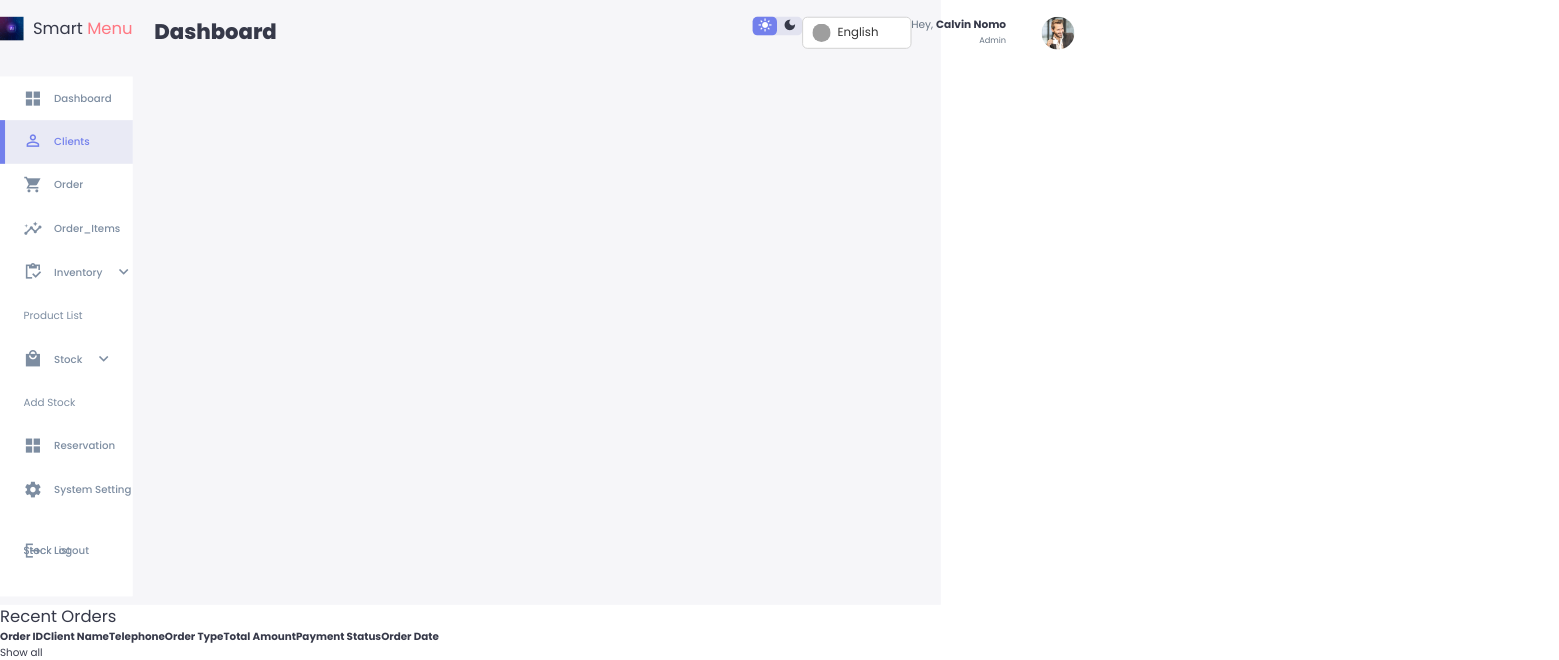
Repository: Calvin-Nomo/Hash-code
Page: product_list.html
These files come from the project's save history. The page is drawn as it stood at one moment and after the next save; the edit follows.
The browser window is 1280 px wide. The page is 1856 px wide, so the pictures cover 1856 px, including what lies to the right of the window. The pictures show the whole page, at 84% of full size.
Pictures or frames that could not be fetched are drawn as grey boxes. The page's requests for data from a server got no answer.

Above is the page before, as saved 2025-10-09 09:16:30.

### product_list.html
<!DOCTYPE html>
<html lang="en">
<head>
    <meta charset="UTF-8">
    <meta name="viewport" content="width=device-width, initial-scale=1.0">
    <title>Document</title>
    <link
      href="https://fonts.googleapis.com/icon?family=Material+Icons+Sharp"
      rel="stylesheet"
    />
    <link rel="preconnect" href="https://fonts.googleapis.com" />
    <link rel="preconnect" href="https://fonts.gstatic.com" crossorigin />
    <link
      href="https://fonts.googleapis.com/css2?family=Outfit:wght@100..900&family=Poppins:ital,wght@0,100;0,200;0,300;0,400;0,500;0,600;0,700;0,800;0,900;1,100;1,200;1,300;1,400;1,500;1,600;1,700;1,800;1,900&display=swap"
      rel="stylesheet"
    />
    <link
      href="https://cdn.jsdelivr.net/npm/daisyui@5/themes.css"
      rel="stylesheet"
      type="text/css"
    />
    <link rel="stylesheet" href="css/index.css" />
    <link href="image/image1.jpg" rel="icon" />
</head>
<body>
    <div class="container">
      <!-- ################SIDE BAR #################-->
      <aside>
        <div class="top">
          <div class="logo">
            <img src="image/image1.jpg" alt="logo" />
            <h2>Smart <span class="danger">Menu</span></h2>
          </div>
          <div class="close" id="close-btn">
            <span class="material-icons-sharp"> close </span>
          </div>
        </div>

        <div class="sidebar">
          <a href="#">
            <span class="material-icons-sharp"> grid_view </span>
            <h3>Dashboard</h3>
          </a>

          <a href="#" class="active">
            <span class="material-icons-sharp"> person_outline </span>
            <h3>Clients</h3>
          </a>

          <a href="#">
            <span class="material-icons-sharp"> shopping_cart </span>
            <h3>Order</h3>
          </a>

          <a href="#">
            <span class="material-icons-sharp"> insights </span>
            <h3>Order_Items</h3>
          </a>

          <!-- Dropdown for Product -->
          <div class="dropdown">
            <a href="#" class="dropdown-toggle">
              <span class="material-icons-sharp"> inventory </span>
              <h3>Inventory</h3>
              <span class="material-icons-sharp arrow">expand_more</span>
            </a>
            <div class="dropdown-menu">
              <a href="#">Product List</a>
              <a href="#">Stock</a>
            </div>
          </div>

          <!-- Dropdown for Stock -->
          <div class="dropdown">
            <a href="#" class="dropdown-toggle">
              <span class="material-icons-sharp"> local_mall </span>
              <h3>Stock</h3>
              <span class="material-icons-sharp arrow">expand_more</span>
            </a>
            <div class="dropdown-menu">
              <a href="#">Add Stock</a>
              <a href="#">Stock List</a>
            </div>
          </div>

          <a href="#">
            <span class="material-icons-sharp"> grid_view </span>
            <h3>Reservation</h3>
          </a>

          <a href="#">
            <span class="material-icons-sharp"> settings </span>
            <h3>System Setting</h3>
          </a>

          <a href="#">
            <span class="material-icons-sharp"> logout </span>
            <h3>Logout</h3>
          </a>
        </div>
      </aside>

      <!-- ################END OF SIDE BAR #################-->
      <main>
        <h1>Dashboard</h1>

          <!-- END OF INCOME -->
        </div>
        <!-- END OF INSIGHT -->
        <div class="recent-orders">
          <h2>Recent Orders</h2>
          <table id="order-table">
            <thead>
              <tr>
                <th>Order ID</th>
                <th>Client Name</th>
                <th>Telephone</th>
                <th>Order Type</th>
                <th>Total Amount</th>
                <th>Payment Status</th>
                <th>Order Date</th>
              </tr>
            </thead>
            <tbody>
              <!--  data will be filled here! -->
            </tbody>
          </table>
          <a href="#">Show all</a>
        </div>
      </main>
      <!-- End of the Recent Orders -->
      <div class="right">
        <div class="top">
          <button id="menu-btn">
            <span class="material-icons-sharp">menu </span>
          </button>
          <div class="theme-toggler">
            <span class="material-icons-sharp active">light_mode</span>
            <span class="material-icons-sharp">dark_mode</span>
          </div>
          <div class="lang-menu">
            <div class="selected-language">
              <img src="https://flagsapi.com/US/flat/32.png" alt="" />
              English
              <i class="arrow down"></i>
            </div>

            <ul class="lang-options">
              <li>
                <a
                  href="#"
                  class="en"
                  data-flag="https://flagsapi.com/US/flat/32.png"
                  >English</a
                >
              </li>
              <li>
                <a
                  href="#"
                  class="fr"
                  data-flag="https://flagsapi.com/FR/flat/32.png"
                  >French</a
                >
              </li>
              <li>
                <a
                  href="#"
                  class="cn"
                  data-flag="https://flagsapi.com/CN/flat/32.png"
                  >Chinese</a
                >
              </li>
              <li>
                <a
                  href="#"
                  class="jp"
                  data-flag="https://flagsapi.com/JP/flat/32.png"
                  >Japanese</a
                >
              </li>
            </ul>
          </div>

          <div class="profile">
            <div class="info">
              <p>Hey, <b>Calvin Nomo</b></p>
              <small class="text-muted">Admin</small>
            </div>
            <div class="profile-photo">
              <img src="image/person_1.jpg" alt="" />
            </div>
          </div>
        </div>
      </div>
      <!-- \\\\\\\\\\\\\\\END OF MAIN\\\\\\\\\\\\\\\\\\\\\\\ -->
    </div>
  </body>
  <script src="js/index.js"></script>

  <script src="https://cdn.jsdelivr.net/npm/@tailwindcss/browser@4"></script>

</body>
</html>

### css/index.css
@import url("https://fonts.googleapis.com/css2?family=Outfit:wght@100..900&family=Poppins:ital,wght@0,100;0,200;0,300;0,400;0,500;0,600;0,700;0,800;0,900;1,100;1,200;1,300;1,400;1,500;1,600;1,700;1,800;1,900&display=swap");
:root {
  --color-primary: #7380ec;
  --color-white: #fff;
  --color-black: #000000;

  --color-light: rgba(132, 139, 200, 0.18);

  --color-dark: #363949;

  --color-dark-variant: #677483;

  --color-info-dark: #7d8da1;

  --color-primary-variant: #111e88;

  --color-info-light: #dce1eb;

  --color-danger: #ff7782;

  --color-success: #41f1b6;

  --color-warning: #ffbb55;

  --color-background: #f6f6f9;

  --font-family-primary: "Poppins", sans-serif;
  --card-border-radius: 2rem;
  --border-radius-1: 0.4rem;
  --border-radius-2: 0.8rem;
  --border-radius-3: 1.2rem;
  --card-padding: 1.8rem;
  --padding-1: 1.2rem;
  --box-shadow: 0 2rem 3rem var(--color-light);
}
.dark-theme-variables {
  /* the  --color-dark-variant manages the 81%,62% background etc... */
  --color-dark-variant: #a3bdcc;
  /*  manages the main background */
  --color-background: #181a1e;
  /*  manages the nabvar,the grid-template-columns */
  --color-white: #202528;
  /* manages the h1,h2,th background etc... */
  --color-dark: #edeffd;

  --color-light: rgba(0, 0, 0, 0.4);
  /* --color-light: #fa3434; */
  /* the  --color-light manages the --box-shadow  of the grid template column,the sidebar,aside,table etc.... */
  --box-shadow: 0 2rem 3rem var(--color-light);
}
* {
  margin: 0;
  padding: 0;
  outline: 0;
  appearance: none;
  border: 0;
  text-decoration: none;
  list-style: none;
  box-sizing: border-box;
}
html {
  font-size: 14px;
}
.container {
  display: flex;
  width: 100%;
  margin: 0, auto;
  gap: 1.8rem;
  grid-template-columns: 14rem auto 23rem;
  background: var(--color-background);
}
body {
  width: 100vw;
  height: 100vh;
  font-family: poppins, sans-serif;
  font-size: 0.88rem;
  user-select: none;
  overflow-x: hidden;
  color: var(--color-dark);
}
a {
  color: var(--color-dark);
}

img {
  display: block;
  width: 100%;
}
h1 {
  font-weight: 800;
  font-size: 1.8rem;
}
h2 {
  font-size: 1.4rem;
}
h3 {
  font-size: 0.87rem;
}
h4 {
  font-size: 0.8rem;
}
h4 {
  font-size: 0.77rem;
}
small {
  font-size: 0.76rem;
}
.profile-photo {
  width: 2.8rem;
  height: 2.8rem;
  border-radius: 50%;
  overflow: hidden;
}
.text-muted {
  color: var(--color-info-dark);
}
p {
  color: var(--color-dark-variant);
}
b {
  color: var(--color-dark);
}
.primary {
  color: var(--color-primary);
}
.danger {
  color: var(--color-danger);
}
.success {
  color: var(--color-success);
}
.waring {
  color: var(--color-warning);
}
aside {
  height: 100vh;
}
aside .top {
  display: flex;
  align-items: center;
  justify-content: space-between;
  margin-top: 1.4rem;
}
aside .logo {
  display: flex;
  gap: 0.8rem;
}
aside .close {
  display: none;
}
aside .logo img {
  width: 2rem;
  height: 2rem;
}
/* #########################################SIDE BAR ################################*/
aside .sidebar {
  background: var(--color-white);
  display: flex;
  flex-direction: column;
  height: 86vh;
  position: relative;
  top: 3rem;
}
aside h3 {
  font-weight: 500;
}
aside .sidebar a {
  display: flex;
  color: var(--color-info-dark);
  margin-left: 2rem;
  gap: 1rem;
  align-items: center;
  position: relative;
  height: 3.7rem;
  transition: all 300ms ease;
}
aside .sidebar a span {
  font-size: 1.6rem;
}
/* for the login */
aside .sidebar a:last-child {
  position: absolute;
  bottom: 2rem;
  width: 100%;
}
/* fin */
aside .sidebar a.active {
  background: var(--color-light);
  color: var(--color-primary);
  margin-left: 0;
}

aside .sidebar a.active::before {
  content: "";
  width: 6px;
  height: 100%;
  background: var(--color-primary);
}
aside .sidebar a.active span {
  color: var(--color-primary);
  margin-left: calc(1rem - 6px);
}
aside .sidebar :hover {
  background: var(--color-light);
  color: var(--color-primary);
  margin-left: 0;
  cursor: pointer;
}

/* ====================MAIN============= */
main {
  margin-top: 1.4rem;
}
main .insight {
  display: grid;
  grid-template-columns: repeat(3, 1fr);
  gap: 1.6rem;
}
main .insight > div {
  background: var(--color-white);
  padding: var(--card-padding);
  border-radius: var(--card-border-radius);
  box-shadow: var(--box-shadow);
  margin-top: 1rem;
  transition: all 300ms ease;
}
main .insight > div:hover {
  box-shadow: none;
}
main .insight > div span {
  background: var(--color-primary);
  padding: 0.5rem;
  border-radius: 50%;
  color: var(--color-white);
  font-size: 2rem;
}
main .insight > div.expenses span {
  background: var(--color-danger);
}
main .insight > div.income span {
  background: var(--color-success);
}
main .insight > div .middle {
  display: flex;
  align-items: center;
  justify-content: space-between;
}
main .insight h3 {
  margin: 1rem 0 0.6rem;
  font-size: 1rem;
}
main .insight .progress {
  position: relative;
  width: 92px;
  height: 92px;
  border-radius: 50%;
}
main .insight svg {
  width: 7rem;
  height: 7rem;
}
main .insight svg circle {
  fill: none;
  stroke: var(--color-primary);
  stroke-width: 14;
  stroke-linecap: round;
  transform: translate(5px, 5px);
  stroke-dasharray: 110;
  stroke-dashoffset: 92;
}
main .insight .expenses svg circle {
  stroke-dashoffset: -30;
  stroke-dasharray: 200;
}
main .insight .sales svg circle {
  stroke-dashoffset: 20;
  stroke-dasharray: 800;
}
main .insight .income svg circle {
  stroke-dashoffset: 35;
  stroke-dasharray: 110;
}
main .insight .progress .number {
  position: absolute;
  top: 50%;
  left: 50%;
  transform: translate(-50%, -50%);
  font-size: 1.4rem;
  font-weight: 600;
  color: var(--color-dark);
}
main .insight small {
  margin-top: 1.3rem;
  display: block;
}
/* ============Recent Order================= */
main .recent-orders {
  margin-top: 2rem;
}
main .recent-orders h2 {
  margin-bottom: 0.8rem;
}

main .recent-orders table {
  background: var(--color-white);
  width: 90%;
  border-radius: var(--card-border-radius);
  padding: var(--card-padding);
  text-align: center;
  box-shadow: var(--box-shadow);
  transition: all 300ms ease;
}
main .recent-orders table:hover {
  box-shadow: none;
}
main table tbody td {
  height: 2.8rem;
  border-bottom: 1px solid var(--color-light);
  color: var(--color-dark-variant);
}
main table tbody tr:last-child td {
  border: none;
}
main .recent-orders a {
  text-align: center;
  display: block;
  margin: 1rem auto;
  color: var(--color-primary);
}

/* Right */

/* a USER Profile */

.right {
  margin-top: 1.4rem;
  position: absolute;
  top: 0;
  left: 70%;
}
.right .top {
width: 960px;
margin: 0 auto ;
display: flex;
}
.right .top button {
  display: none;
}
.right .theme-toggler {
  background: var(--color-light);
  display: flex;
  justify-content: space-between;
  align-items: center;
  height: 1.6rem;
  width: 4.2rem;
  cursor: pointer;
  border-radius: var(--border-radius-1);
}
.right .theme-toggler span {
  font-size: 1.2rem;
  width: 50%;
  height: 100%;
  display: flex;
  align-items: center;
  justify-content: center;
}
.right .theme-toggler span.active {
  background: var(--color-primary);
  color: white;
  border-radius: var(--border-radius-1);
}
.right .top .profile {
  display: flex;
  gap: 2rem;
  text-align: right;
}
/* Start  */
.right .lang-menu {
  position: relative;
  display: inline-block;
  font-family: "Poppins", sans-serif;
  font-size: 14px;
  color: #333;
}

 .right .selected-language {
  background: #fff;
  border: 1px solid #ccc;
  border-radius: 6px;
  padding: 0.5rem 0.8rem;
  display: flex;
  align-items: center;
  gap: 8px;
  cursor: pointer;
  min-width: 130px;
}

.right .selected-language img {
  width: 22px;
  height: 22px;
  border-radius: 50%;
}

.right .lang-options {
  position: absolute;
  top: 120%;
  right: 0;
  background: #fff;
  border: 1px solid #ccc;
  border-radius: 6px;
  list-style: none;
  padding: 0.3rem 0;
  margin: 0;
  display: none;
  box-shadow: 0 4px 10px rgba(0, 0, 0, 0.1);
}

 .right .lang-menu.active .lang-options {
  display: block;
}

.right .lang-options li {
  padding: 0.4rem 1rem;
}

.right .lang-options li a {
  display: flex;
  align-items: center;
  gap: 8px;
  color: #333;
  text-decoration: none;
  font-weight: 500;
}

/* Flag icons using background images */
 .right .lang-options li a:before {
  content: "";
  display: inline-block;
  width: 22px;
  height: 22px;
  background-size: cover;
  border-radius: 50%;
}

.right .lang-options li a.en:before {
  background-image: url("https://flagsapi.com/US/flat/32.png");
}

.right .lang-options li a.fr:before {
  background-image: url("https://flagsapi.com/FR/flat/32.png");
}

.lang-options li a.cn:before {
  background-image: url("https://flagsapi.com/CN/flat/32.png");
}

.lang-options li a.jp:before {
  background-image: url("https://flagsapi.com/JP/flat/32.png");
}

.lang-options li:hover {
  background: #f5f5f5;
}

/* End Select Language */

/* User Profile */
.right .profile .info {
  margin-right: 1rem;
}
.right .profile .info p {
  font-size: 0.9rem;
}
.right .profile .info small {
  font-size: 0.7rem;
}
.right .profile .info b {
  font-size: 0.9rem;
}
.right .profile .info p,
.right .profile .info small {
  color: var(--color-dark-variant);
}
.right .profile .info b {
  color: var(--color-dark);
}
/*  Fin User Profile */

/* END OF MAIN */

/* Responsive Screen Panel */


/* MEDIA QUERIES 1  (Big and Small Laptops)*/
@media screen and (max-width: 1200px) {
  .container {
    width: 100%;
    grid-template-columns: 7rem auto 23rem;
  }
  aside .logo h2 {
    display: none;
  }
  aside .sidebar h3 {
    display: none;
  }
  aside .sidebar a {
    width: 5.6rem;
  }
  aside .sidebar a:last-child {
    position: relative;
    margin-top: 1.8rem;
  }
  main .insight {
    grid-template-columns: 1fr;
    gap: 0;
  }
  main .recent-orders {
    width: 100%;
    position: absolute;
    left: 50%;
    transform: translateX(-50%);
    margin: 2rem 0 0 8.8rem;
  }
  main .recent-orders table {
    width: 84%;
  }
  main table thead tr th:last-child,
  main table thead tr th:first-child {
    display: none;
  }
  main table body tr td:last-child,
  main table body tr td:first-child {
    display: none;
  }
}
/* MEDIA QUERIES 2  (Smaller Tablets and Phone)*/
@media screen and (max-width: 768px) {
  .container {
    width: 100%;
    grid-template-columns: 1fr;
  }

  aside {
    position: fixed;
    left: -100%;
    background: var(--color-white);
    width: 18rem;
    z-index: 3;
    box-shadow: 1rem 3rem 4rem var(--color-light);
    height: 100vh;
    padding-right: var(--card-padding);
    display: none;
    animation: showMenu 400ms ease forwards;
  }
  @keyframes showMenu {
    to {
      left: 0;
    }
  }
  aside .logo {
    margin-left: 1rem;
  }

  aside .logo h2 {
    display: inline;
  }

  aside .sidebar h3 {
    display: inline;
  }

  aside .sidebar a {
    width: 100%;
    height: 3.4rem;
  }

  aside .sidebar a:last-child {
    position: absolute;
    bottom: 5rem;
  }
  aside .close {
    display: inline-block;
    cursor: pointer;
  }
  main {
    margin-top: 8rem;
    padding: 0 1rem;
  }
  main .recent-orders {
    position: relative;
    margin: 3rem 0 0 0;
    margin: 0;
  }
  main .recent-orders table {
    width: 100%;
    margin: 0;
  }
  main .right {
    width: 94%;
    margin: 0 auto 4rem;
  }
  main .right .top {
    position: fixed;
    top: 0;
    left: 0;
    align-items: center;
    padding: 0 0.8rem;
    height: 4.6rem;
    background: var(--color-white);
    width: 100%;
    margin: 0;
    z-index: 2;
    box-shadow: 0 1rem 1rem var(--color-light);
  }
  main .right .top .theme-toggler {
    width: 4.4rem;
    position: absolute;
    left: 66%;
  }
  main .right .profile .info {
    display: none;
  }
  main .right .top button {
    display: inline-block;
    background: transparent;
    cursor: pointer;
    color: var(--color-dark);
    position: absolute;
    left: 1rem;
  }
  main .right .top button span {
    font-size: 2rem;
  }
}

### js/index.js
let sideMenu = document.querySelector("aside");
let Theme_Change = document.querySelector(".theme-toggler");
let openBtn = document.getElementById("menu-btn");
let closeBtn = document.getElementById("close-btn");

// Hide and Show the Side bar
openBtn.addEventListener("click", () => {
  sideMenu.style.display = "block";
});
closeBtn.addEventListener("click", () => {
  sideMenu.style.display = "none";
});

Theme_Change.addEventListener("click", () => {
  document.body.classList.toggle("dark-theme-variables");
  Theme_Change.querySelector("span:nth-child(1)").classList.toggle("activate");
  Theme_Change.querySelector("span:nth-child(2)").classList.toggle("activate");
});

document.addEventListener("DOMContentLoaded", function () {
  const langMenu = document.querySelector(".lang-menu");
  const selected = langMenu.querySelector(".selected-language");
  const options = langMenu.querySelectorAll(".lang-options a");

  // Toggle dropdown
  selected.addEventListener("click", () => {
    langMenu.classList.toggle("active");
  });

  // Change selected language with flag
  options.forEach(option => {
    option.addEventListener("click", (e) => {
      e.preventDefault();
      const flagUrl = option.getAttribute("data-flag");
      const langText = option.textContent.trim();

      // Update selected language display
      selected.innerHTML = `<img src="${flagUrl}" alt=""> ${langText} <i class="arrow down"></i>`;
      langMenu.classList.remove("active");
    });
  });

  // Close dropdown if clicking outside
  window.addEventListener("click", (e) => {
    if (!langMenu.contains(e.target)) {
      langMenu.classList.remove("active");
    }
  });
});
// Fetch and display orders from the backend

   fetch("http://localhost:5000/api/orders")  // Replace with your API endpoint
    .then(res => res.json())
    .then(data => {
      const tbody = document.querySelector("#order-table tbody");// Replace with your API endpoint
      tbody.innerHTML = ""; // clear any existing rows

      data.forEach(order => {
        const row = document.createElement("tr");
        row.innerHTML = `
          <td>''${order.Order_ID}</td>
          <td>${order.Client_Name}</td>
          <td>${order.No_Telephone}</td>
          <td>${order.Order_Type}</td>
          <td>${order.Total_Amount}</td>
          <td>${order.Payment_Status}</td>
          <td>${new Date(order.Order_Date).toLocaleDateString()}</td>
        `;
        tbody.appendChild(row);
      });
    })
    .catch(err => console.error("Error fetching orders:", err));

After the next save:
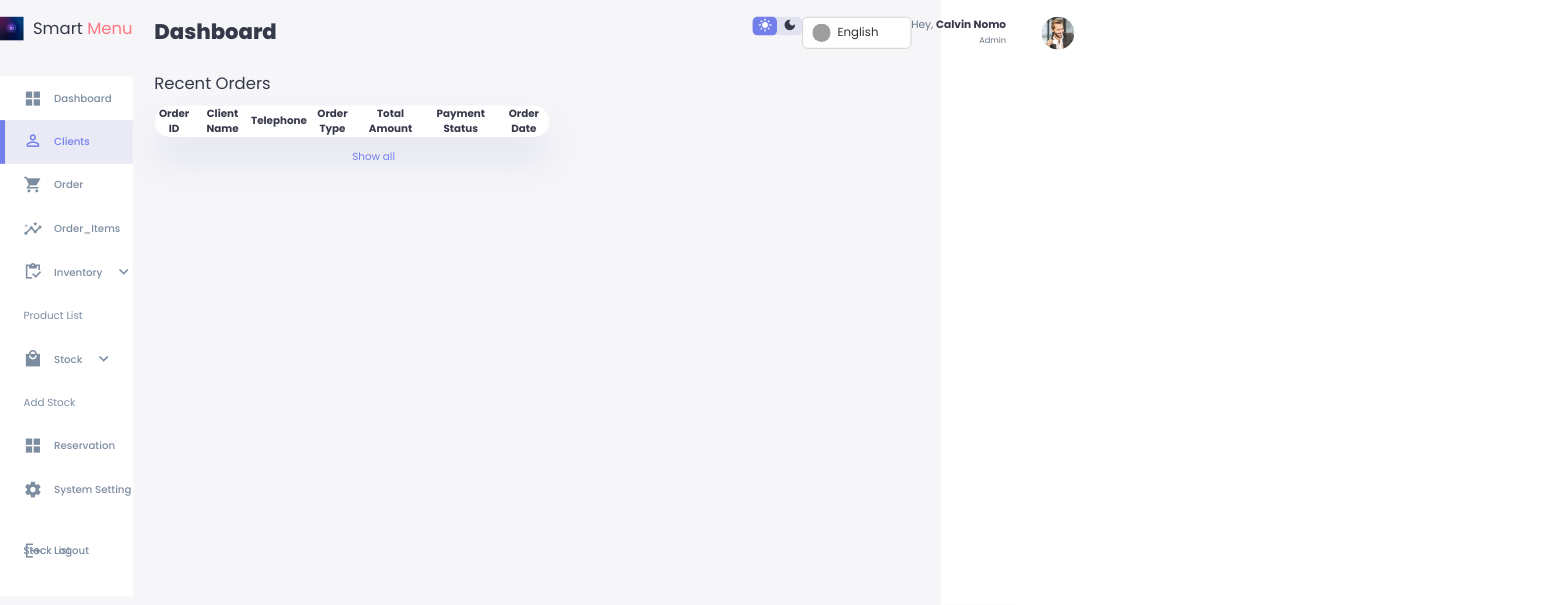
Saved 82 s later.
--- a/product_list.html
+++ b/product_list.html
@@ -103,7 +103,7 @@
       <!-- ################END OF SIDE BAR #################-->
       <main>
         <h1>Dashboard</h1>
-
+        <div class="insight">
           <!-- END OF INCOME -->
         </div>
         <!-- END OF INSIGHT -->
